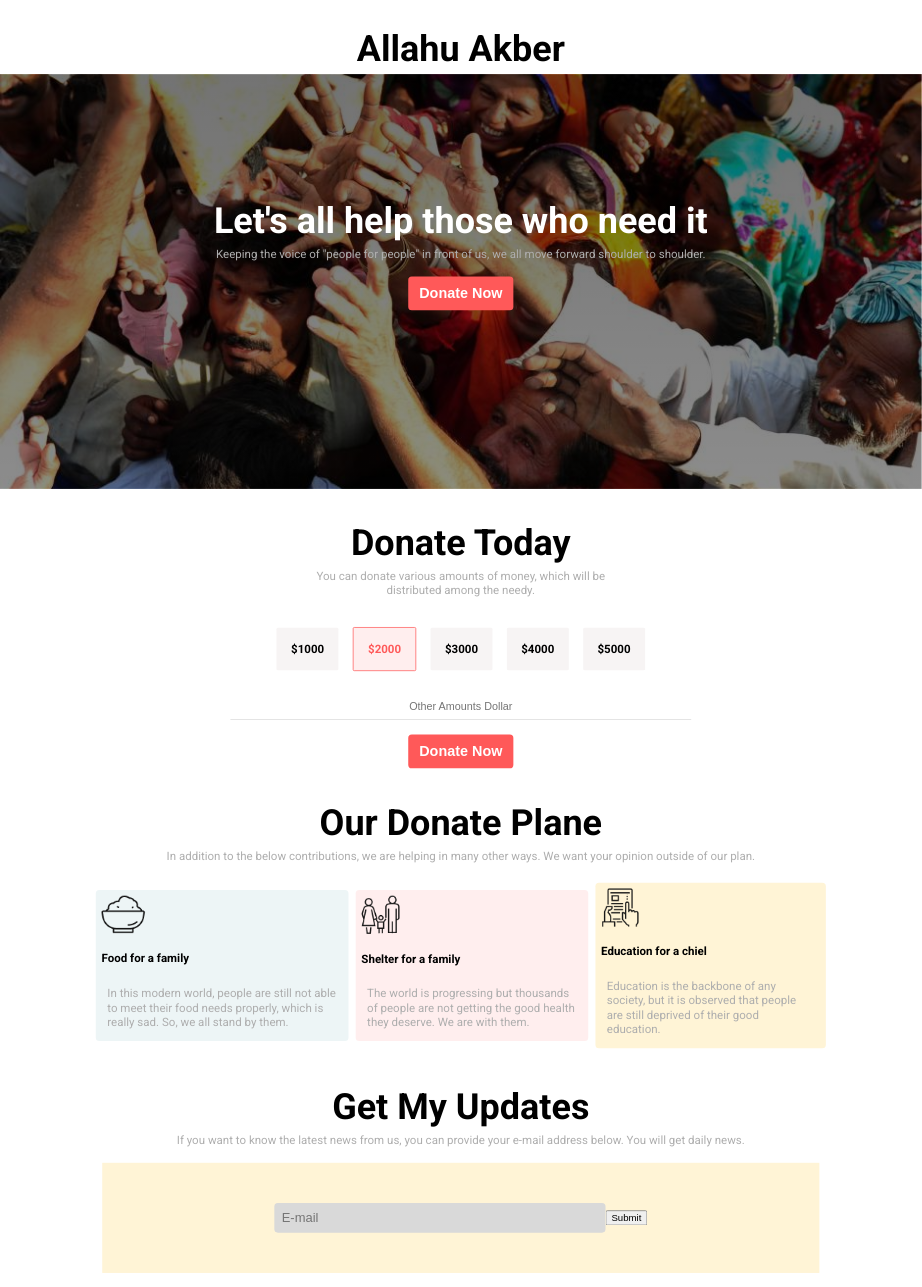
Repository: zjria/suppert-the-helpness
Page: index.html
These files come from the project's save history. The page is drawn as it stood at one moment and after the next save; the edit follows.
The browser window is 1280 px wide. The pictures show the whole page, at 72% of full size.

Above is the page before, as saved 2022-08-26 19:44:28.

After the next save:
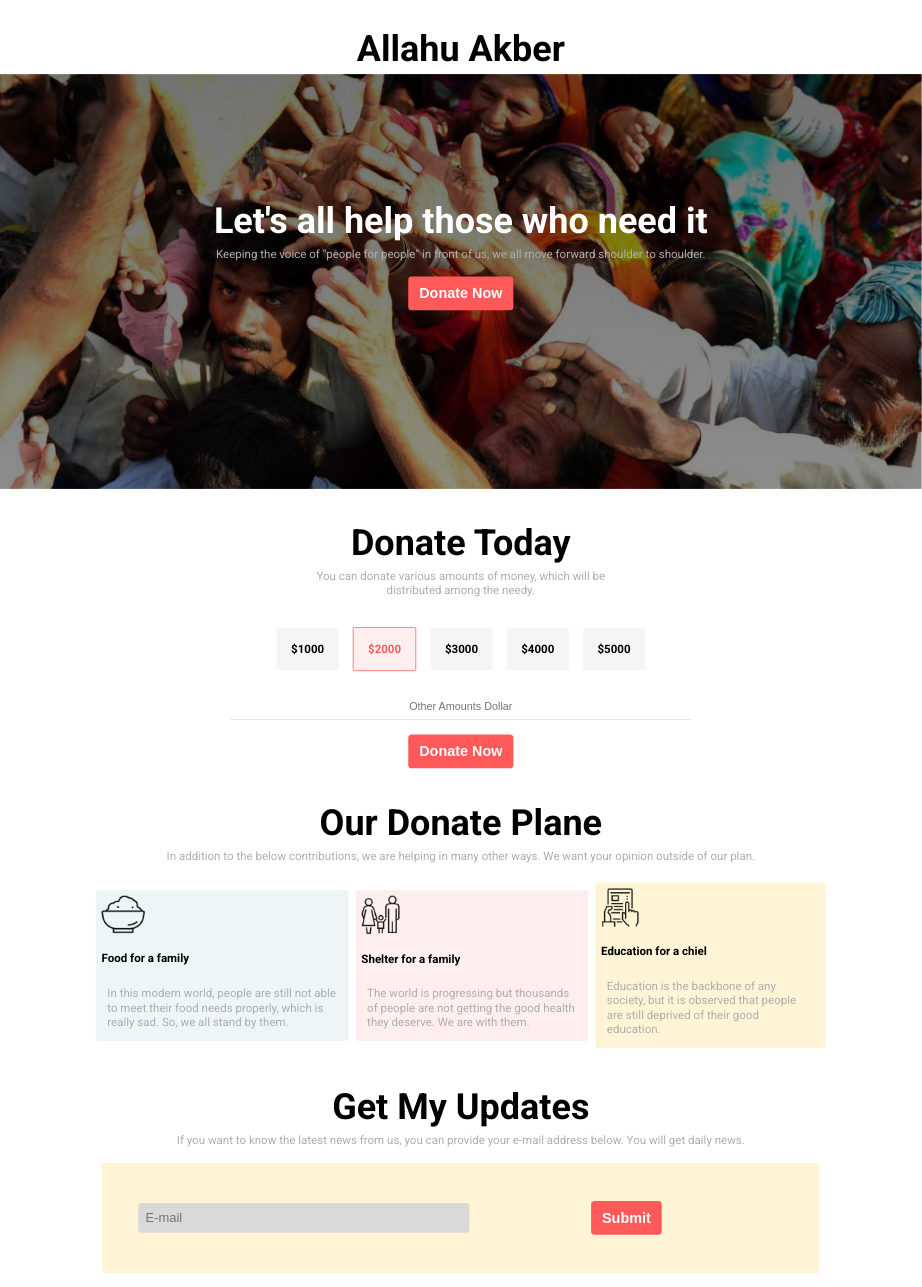
Saved 44 s later.
--- a/index.html
+++ b/index.html
@@ -85,7 +85,7 @@
             <input type="email" id="email" pattern=".+@globex\.com" size="40" required placeholder="E-mail">
 
 
-            <button>Submit</button>
+            <button class="button-style">Submit</button>
         </div>
     </section>
 </body>
